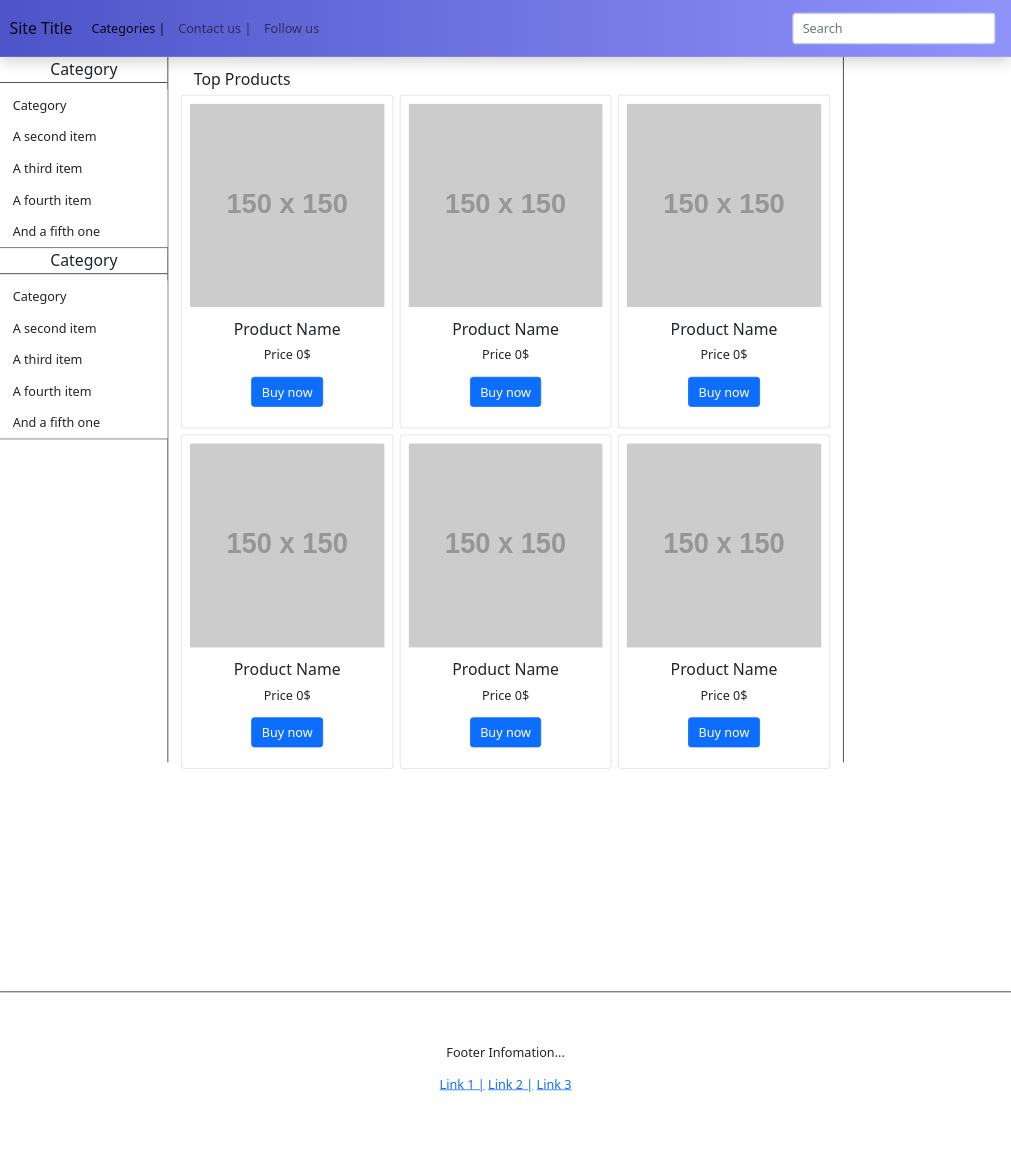
Repository: ttranhhoang/layoutBS
Page: layoutBS2/index.html
These files come from the project's save history. The page is drawn as it stood at one moment and after the next save; the edit follows.
The browser window is 1280 px wide. The pictures show the whole page, at 79% of full size.

Above is the page before, as saved 2022-04-24 23:10:25.

After the next save:
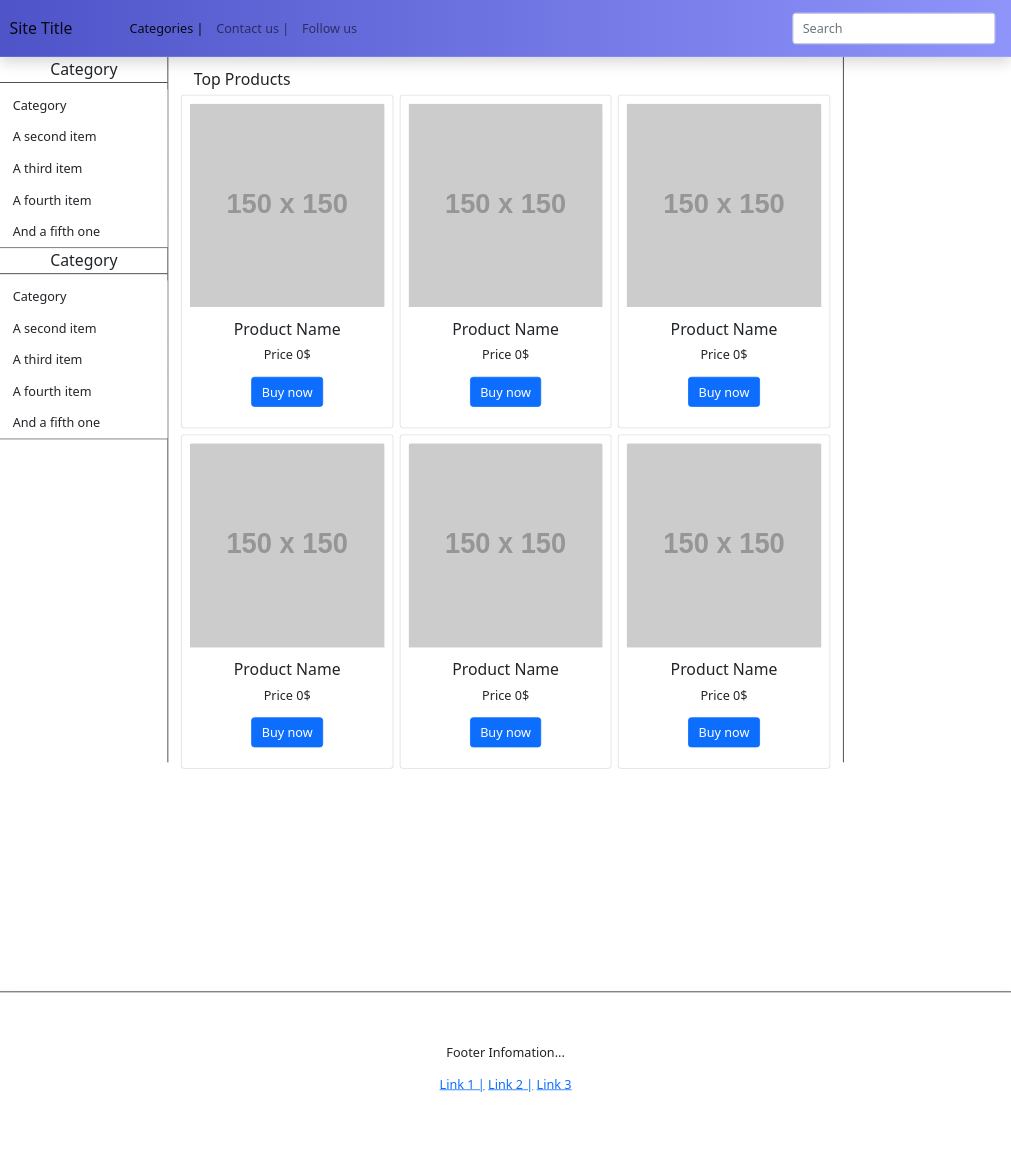
Saved 19 s later.
--- a/layoutBS2/index.html
+++ b/layoutBS2/index.html
@@ -48,7 +48,7 @@
               ></button>
             </div>
             <div class="offcanvas-body">
-              <ul class="navbar-nav justify-content-start flex-grow-1 pe-3 ms-6">
+              <ul class="navbar-nav justify-content-start flex-grow-1 pe-3 ms-5">
                 <li class="nav-item">
                   <a class="nav-link active" aria-current="page" href="#"
                     >Categories |</a
